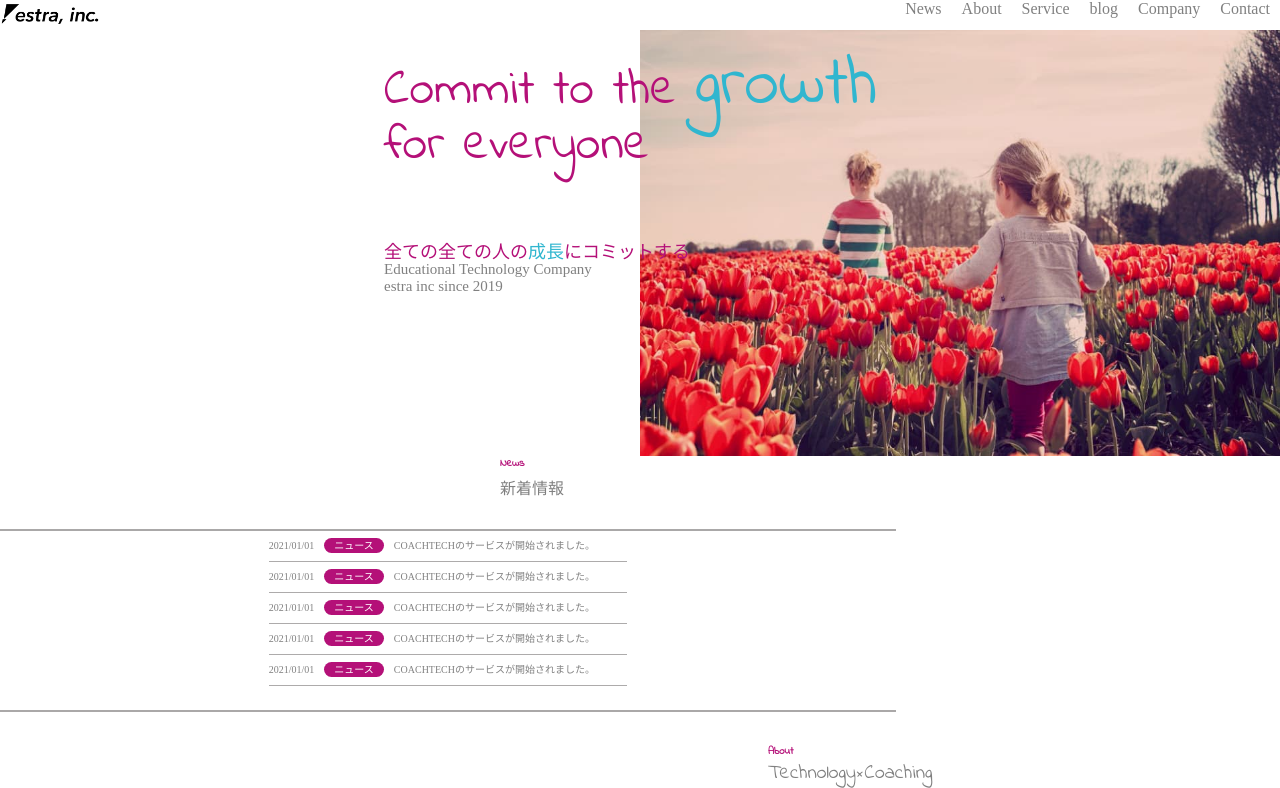
Repository: sigemasaasuka/20210902
Page: index.html
These files come from the project's save history. The page is drawn as it stood at one moment and after the next save; the edit follows.
The browser window is 1280 px wide. The pictures show the whole page.

Above is the page before, as saved 2021-09-20 16:19:24.

After the next save:
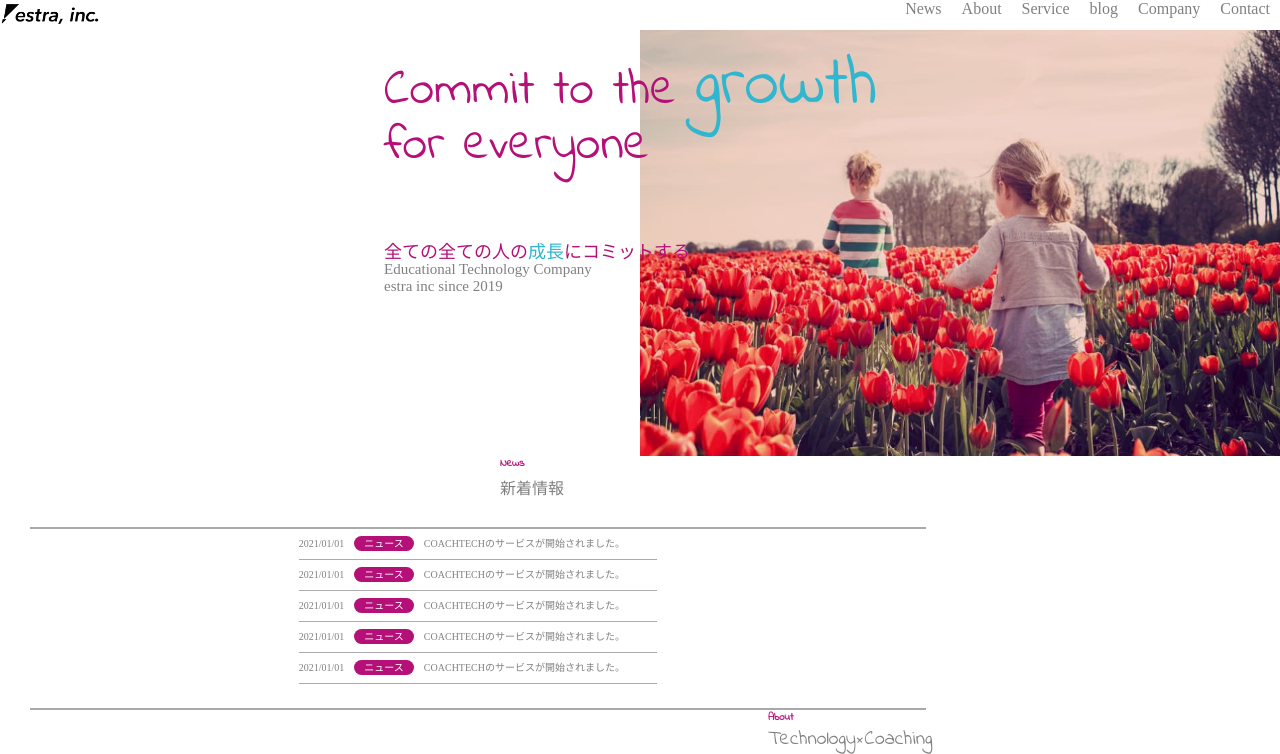
Saved 17 s later.
--- a/css/style.css
+++ b/css/style.css
@@ -86,7 +86,6 @@
 .local {
   margin-top: 30px;
   margin-left: 30px;
-  margin: 2em 0;
   border-color: rgb(170, 168, 168);
   border-top: solid 2px rgb(170, 168, 168);
   border-bottom: solid 2px rgb(170, 168, 168);
